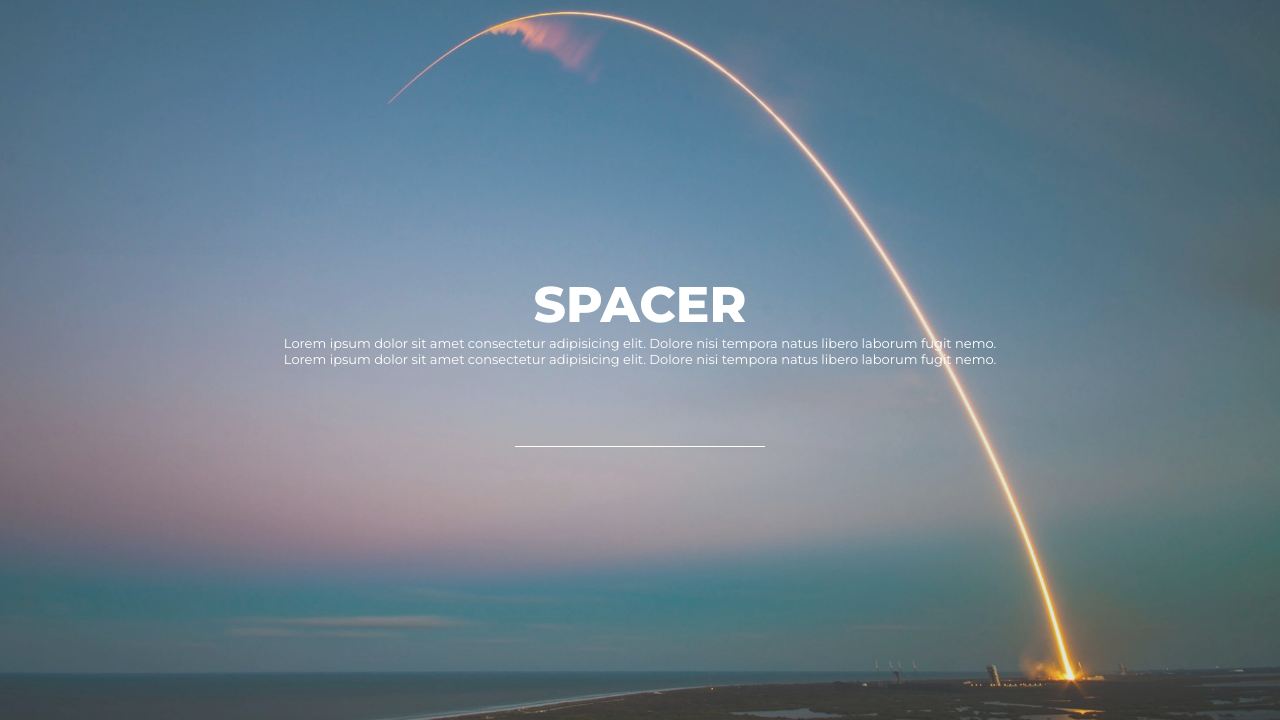
Repository: Trelefele/spacer-roman
Page: /
An editor plug-in stored every save of this project. The page is shown before and after a run of saves, followed by the edit.
The browser window is 1280 px wide. The pictures show the whole page.
The project was rebuilt for these pictures with package versions that can differ from the ones it lists, and the page was loaded fresh each time.

Above is the page before, as saved 2019-02-05 19:33:09.

After the next 2 saves:
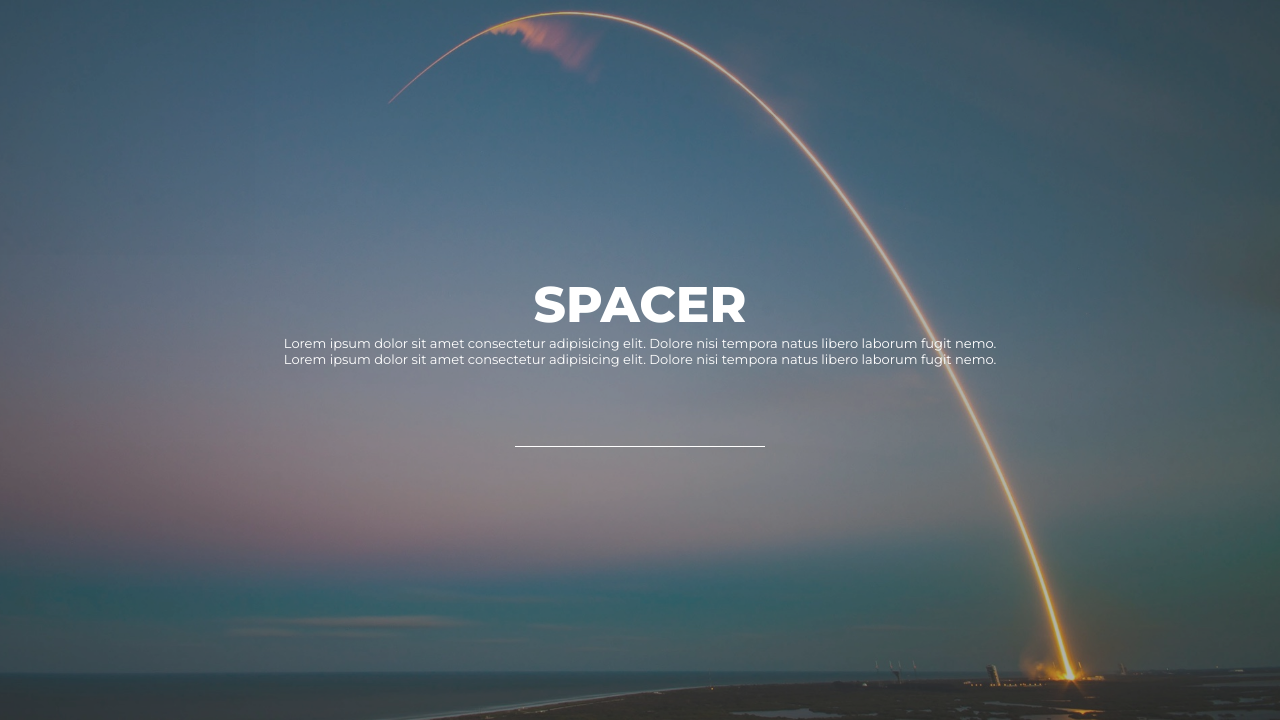
The 2 saves are shown as one change because they came seconds apart.
The last was saved 9 s later.
--- a/src/components/HeroImage.vue
+++ b/src/components/HeroImage.vue
@@ -23,7 +23,7 @@ export default {
 .heroImage::after {
     content: 'Blalalalala';
     background: black;
-    opacity: 0.1;
+    opacity: 0.3;
     position: absolute;
     top: 0;
     left: 0;
